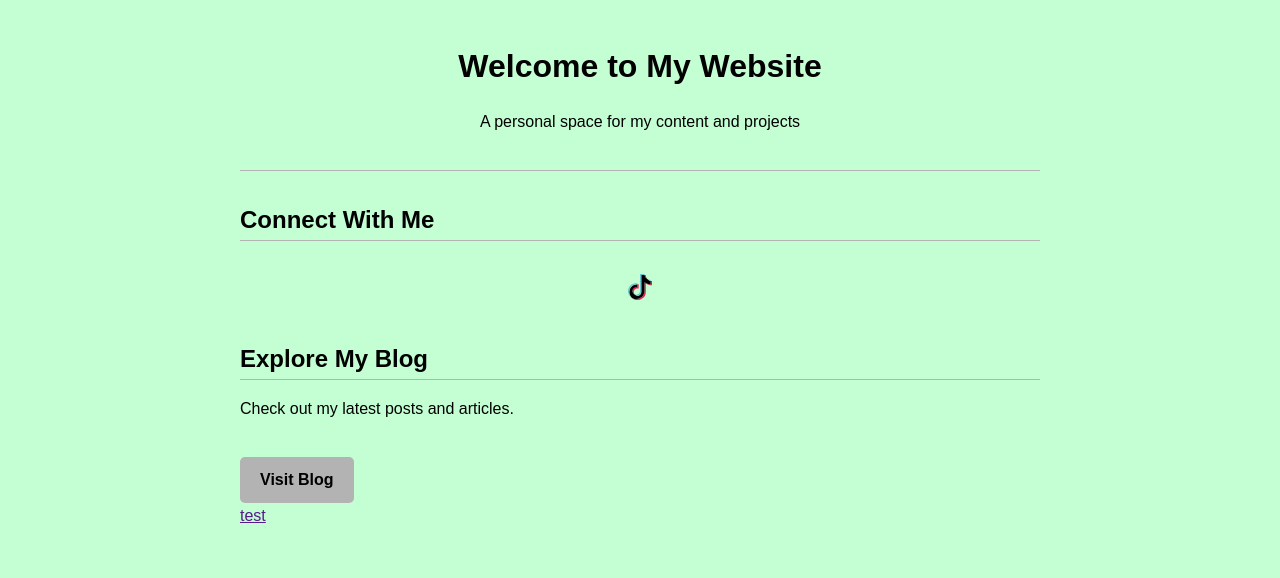
Repository: pjpatrick071/pjpatrick071.github.io
Page: index.html
The author's editor kept a copy of each file at every save. The page is drawn from the files as they stood at one save, then again after a run of saves.
The browser window is 1280 px wide. The pictures show the whole page.

Above is the page before, as saved 2025-04-02 21:46:25.

After the next 4 saves:
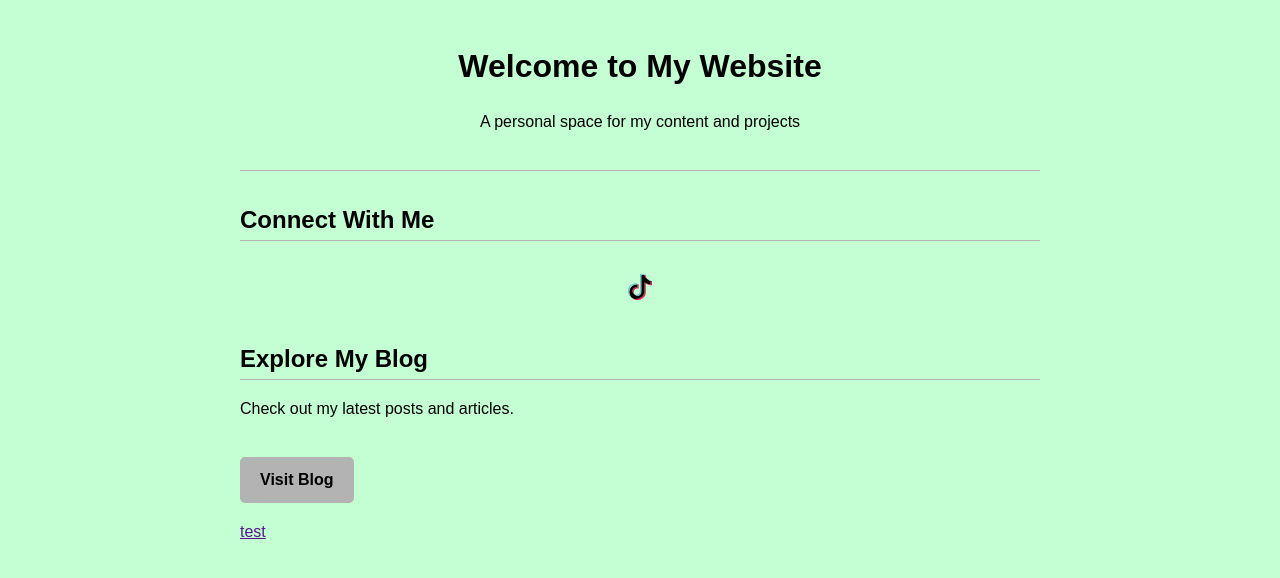
The 4 saves are shown as one change because they came seconds apart.
The last was saved 11 s later.
--- a/index.html
+++ b/index.html
@@ -108,7 +108,7 @@
             <a href="blog/landingPage.html" class="cta-button">Visit Blog</a>
         </section>
 
-        <a href "<p> test</p>
+        <a href "test.html"> <p> test</p></a>
     </main>
 
 </body>
